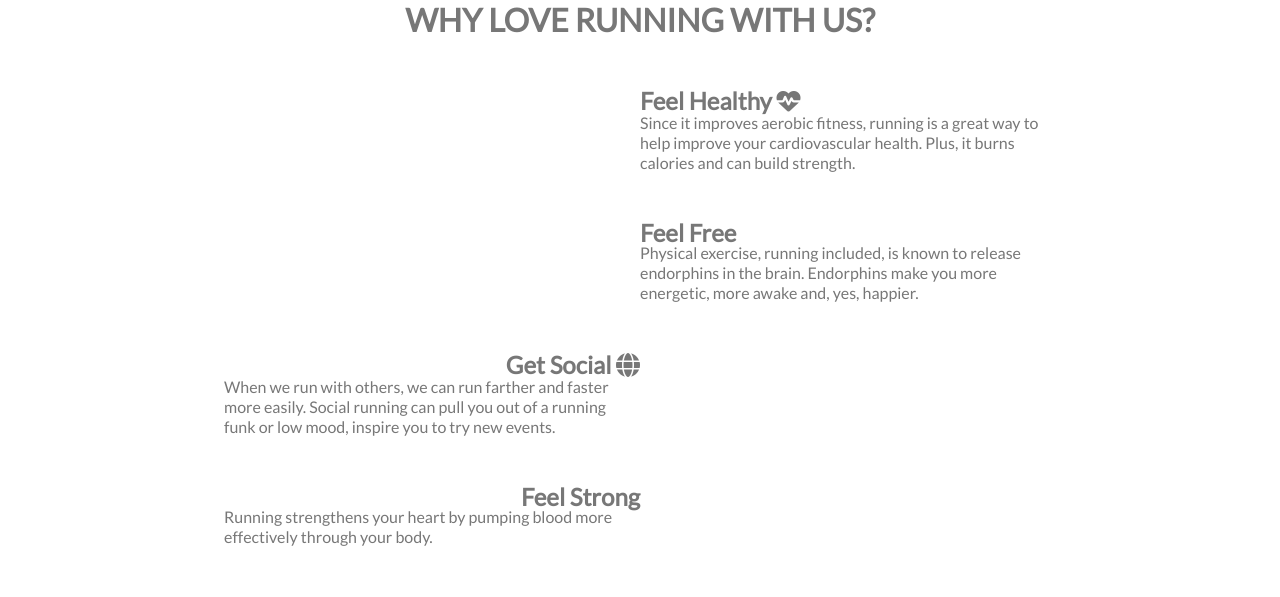
Repository: Baal89/love-running
Page: index.html
The author's editor kept a record of every edit. The page is drawn from the files as they stood at one moment, then again after the next edit.
The browser window is 1280 px wide. The pictures show the part of the page from y = 705 to 1302 px (the page is 2940 px tall).
Pictures or frames that could not be fetched are drawn as grey boxes. Some web libraries are served in a nearby version.

Above is the page before.

After the next edit:
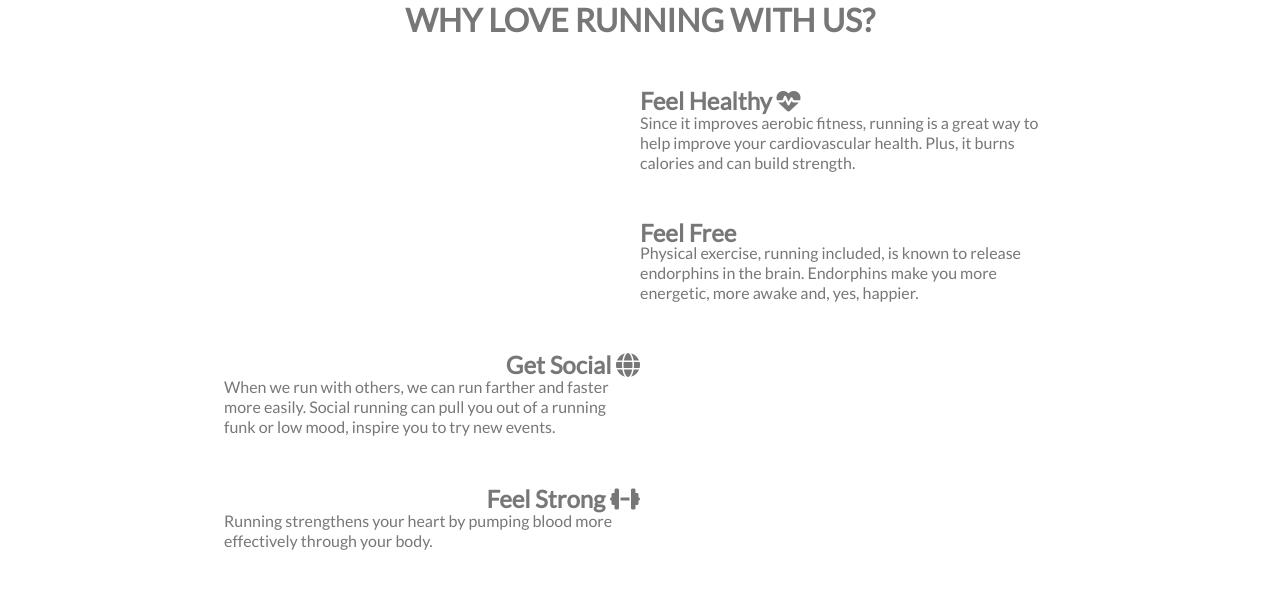
The edit:
--- a/index.html
+++ b/index.html
@@ -51,7 +51,7 @@
                 <p>When we run with others, we can run farther and faster more easily. Social running can pull you out of a running funk or low mood, inspire you to try new events.</p>
             </div>
             <div class="right-about-heading">
-                <h2>Feel Strong</h2>
+                <h2>Feel Strong <i class="fas fa-dumbbell"></i></h2>
                 <hr>
                 <p>Running strengthens your heart by pumping blood more effectively through your body.</p>
             </div>
